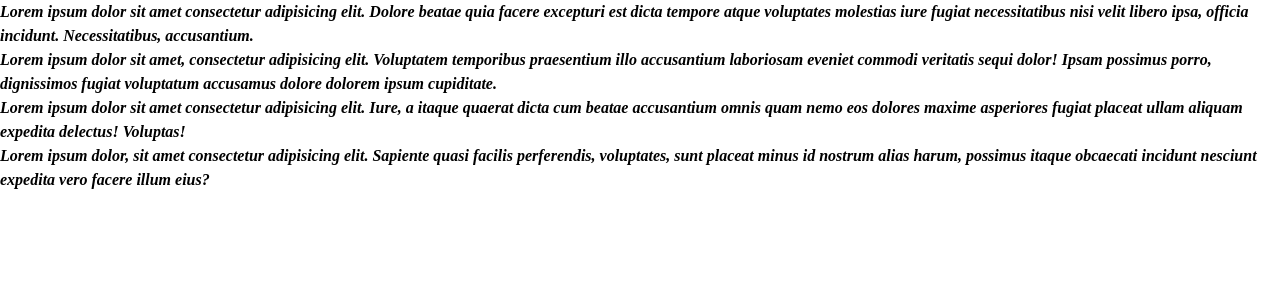
Repository: nguyenkien12345/Master-Css
Page: 1 so thuoc tinh css dac biet/index.html
These files come from the project's save history. The page is drawn as it stood at one moment and after a run of saves; the edit follows.
The browser window is 1280 px wide. The pictures show the whole page.

Above is the page before, as saved 2023-09-10 22:54:48.

### 1 so thuoc tinh css dac biet/index.html
<!DOCTYPE html>
<html lang="en">
<head>
    <meta charset="UTF-8">
    <meta http-equiv="X-UA-Compatible" content="IE=edge">
    <meta name="viewport" content="width=device-width, initial-scale=1.0">
    <title>1 số thuộc tính css đặc biệt</title>
</head>

    <style>
        *,
        *::before,
        *::after {
          box-sizing: border-box;
        }
        body,
        h1,
        h2,
        h3,
        h4,
        h5,
        h6,
        p,
        figure,
        picture {
          margin: 0;
        }
        body {
          min-height: 100vh;
          line-height: 1.5;
        }
        input,
        button,
        select,
        textarea {
          font: inherit;
        }
        img,
        picture {
          display: block;
          max-width: 100%;
        }
        /* remove animation for people who've turned them off */
        @media (prefers-reduced-motion: reduce) {
          *,
          *::before,
          *::after {
            animation-duration: 0.01ms !important;
            animation-iteration-count: 1 !important;
            transition-duration: 0.01ms !important;
            scroll-behavior: auto !important;
          }
        }

        /* .boxed {
            width: 100px;
            height: 100px;
            background-color: #6a5af9;
            margin-inline: auto;
        } */
        /* margin-inline: auto; tương ứng với margin-left: auto, margin-right: auto */
        /* margin-block: auto; tương ứng với margin-top: auto, margin-bottom: auto */
        /* padding-inline và padding-block tương tự như margin-inline, margin-block */
        /* --------------------------------------------------------------------------------------------------------------- */

        /* .aspect{
            aspect-ratio: 16/9;
        }

        .aspect img{
            width: 100%;
            height: 100%;
            object-fit: cover;
        } */
        /*  aspect-ratio: Hỗ trợ hiển thị ảnh theo tỷ lệ */
        /* --------------------------------------------------------------------------------------------------------------- */

        /* body {
            background-color: yellow;
            position: relative;
        }

        .child {
            position: absolute;
            top: 0;
            left: 0;
            right: 0;
            bottom: 0;
            background-color: blueviolet;
        } */
        /*
            Cách 1
            top: 0;
            left: 0;
            right: 0;
            bottom: 0;
        */
        /*
            Cách 2
            top: 0;
            left: 0;
            width: 100%;
            height: 100%;
        */
        /*
        - Thay cả 4 thằng top, bottom, left, right là inset: 0 (=> top right bottom left đều là 0)
        - inset: top right bottom left
        */

        /* selectors: is và where */
        /* div p, section p, main p,  article p {
          font-size: 16px;
          font-weight: 600;
          font-style: italic;
        } */


        /* Viết theo kiểu div p, section p, main p,  article p {} quá dài dòng nên ta sẽ có cách viết khác như sau: */
        /* Thay :where bằng :is cũng cho ra kết quả tương tự */
        :is(div, section, main, article) p {
          font-size: 16px;
          font-weight: 600;
          font-style: italic;
        }
    </style>

<body>
    <!--
      <div class="boxed">
        Evondev
      </div>
    -->

    <!--
      <div class="aspect">
        <img src="https://source.unsplash.com/random" alt=""/>
      </div>
    -->

    <!-- <div class="child"></div> -->

    <div>
      <p>Lorem ipsum dolor sit amet consectetur adipisicing elit. Dolore beatae quia facere excepturi est dicta tempore atque voluptates molestias iure fugiat necessitatibus nisi velit libero ipsa, officia incidunt. Necessitatibus, accusantium.</p>
    </div>
    <section>
      <p>Lorem ipsum dolor sit amet, consectetur adipisicing elit. Voluptatem temporibus praesentium illo accusantium laboriosam eveniet commodi veritatis sequi dolor! Ipsam possimus porro, dignissimos fugiat voluptatum accusamus dolore dolorem ipsum cupiditate.</p>
    </section>
    <main>
      <p>Lorem ipsum dolor sit amet consectetur adipisicing elit. Iure, a itaque quaerat dicta cum beatae accusantium omnis quam nemo eos dolores maxime asperiores fugiat placeat ullam aliquam expedita delectus! Voluptas!</p>
    </main>
    <article>
      <p>Lorem ipsum dolor, sit amet consectetur adipisicing elit. Sapiente quasi facilis perferendis, voluptates, sunt placeat minus id nostrum alias harum, possimus itaque obcaecati incidunt nesciunt expedita vero facere illum eius?</p>
    </article>
</body>
</html>

After the next 2 saves:
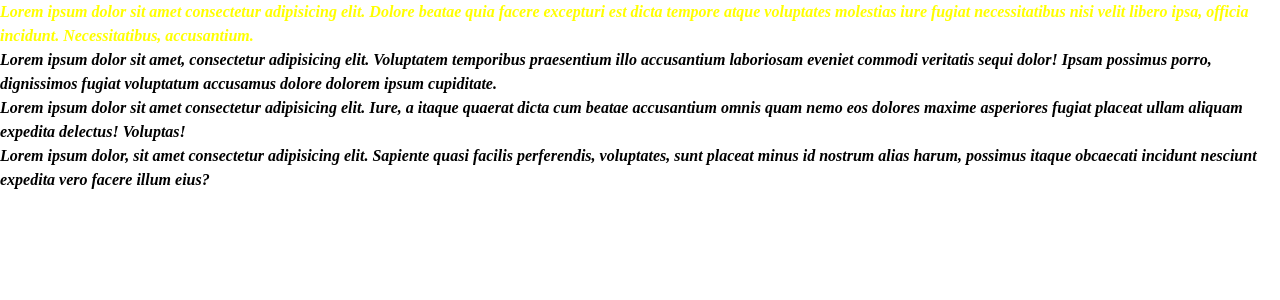
The 2 saves are shown as one change because they came seconds apart.
The last was saved 21 s later.
--- a/1 so thuoc tinh css dac biet/index.html
+++ b/1 so thuoc tinh css dac biet/index.html
@@ -114,6 +114,10 @@
           font-style: italic;
         } */
 
+        div p {
+          color: yellow;
+        }
+
 
         /* Viết theo kiểu div p, section p, main p,  article p {} quá dài dòng nên ta sẽ có cách viết khác như sau: */
         /* Thay :where bằng :is cũng cho ra kết quả tương tự */
